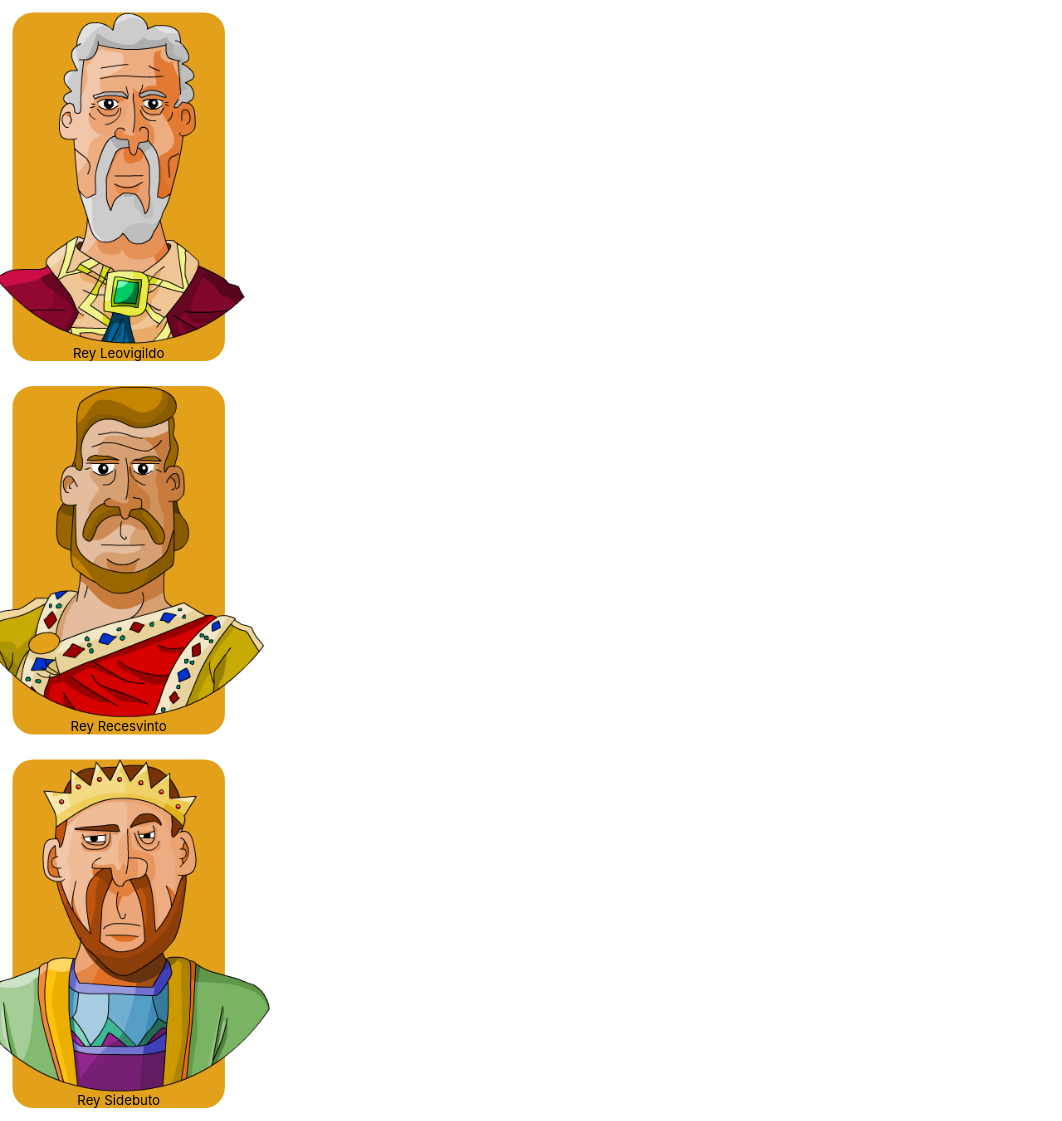
Repository: abgdev1997/ejercicios-react
Page: /
An editor plug-in stored every save of this project. The page is shown before and after the next save, followed by the edit.
The browser window is 1280 px wide. The pictures show the whole page, at 83% of full size.
The project was rebuilt for these pictures with package versions that can differ from the ones it lists, and the page was loaded fresh each time.

Above is the page before, as saved 2022-02-22 09:50:10.

### src/App.js
import './App.css';
import leovigildo from './rey_leogivildo.png';
import recesvinto from './rey_recesvinto.png';
import sisebuto from './rey_sisebuto.png';

function App() {
  return (
    <div className="App">
      <div className='img'>
        <img alt='Rey Leovigildo' src={leovigildo} />
        <span>Rey Leovigildo</span>
      </div>
      <div className='img'>
        <img alt='Rey Recesvinto' src={recesvinto} />
        <span>Rey Recesvinto</span>
      </div>
      <div className='img'>
        <img alt='Rey Sisebuto' src={sisebuto} />
        <span>Rey Sidebuto</span>
      </div>
    </div>
  );
}

export default App;

### src/App.css
.App{
  display: grid;
}

.img{
  background-color:#E3A11B;
  border-radius: 25px;
  display:flex;
  flex-direction: column;
  align-items:center;
  width: 20%;
  margin: 15px;
}

Loaded but not shown: public/index.html (common file); src/index.js (common file); src/index.css (common file)

After the next save:
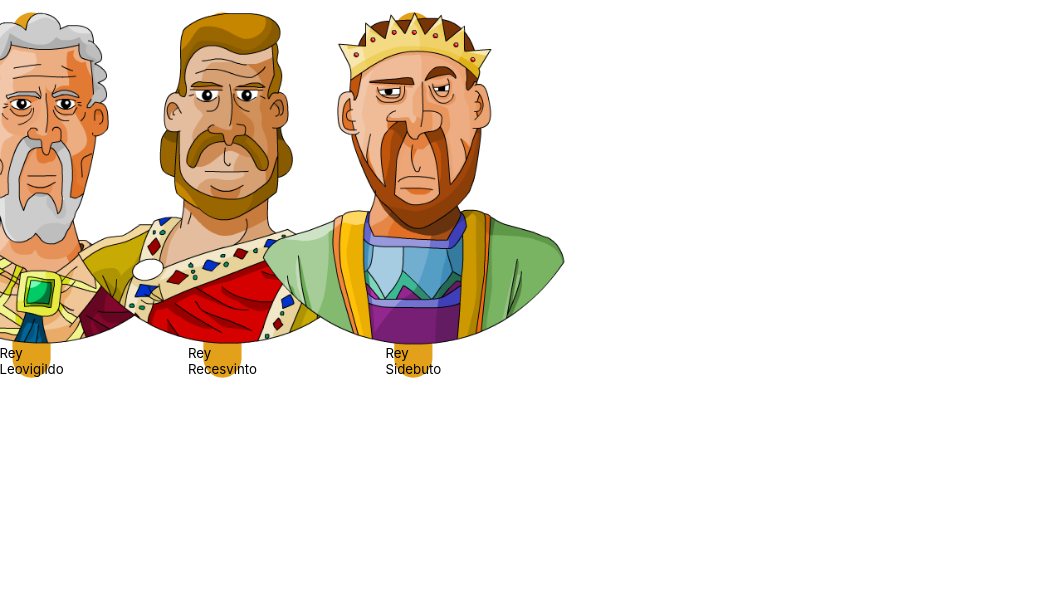
Saved 50 s later.
--- a/src/App.css
+++ b/src/App.css
@@ -1,5 +1,6 @@
 .App{
   display: grid;
+  grid-template-columns: repeat(auto-fill, 230px);
 }
 
 .img{
